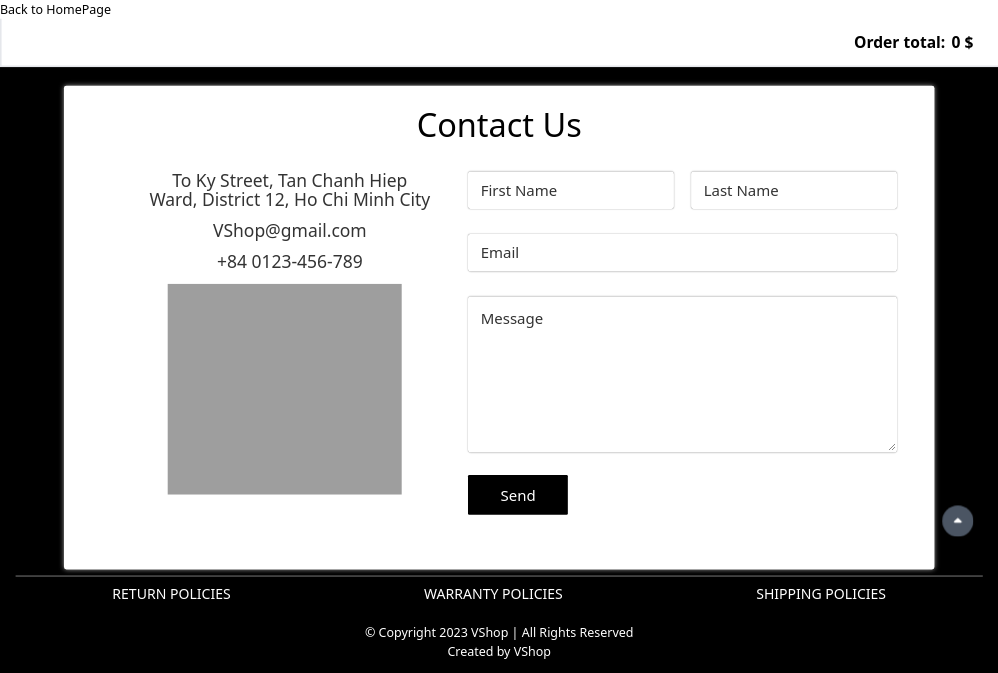
Repository: Kith933UTH/VSHOP
Page: /user
The author's editor kept a copy of each file at every save. The page is drawn from the files as they stood at one save, then again after the next save.
The browser window is 1280 px wide. The pictures show the whole page, at 78% of full size.
Pictures or frames that could not be fetched are drawn as grey boxes. The project was rebuilt for these pictures with package versions that can differ from the ones it lists, and the page was loaded fresh each time. Also part of the build but not shown: src/components/product-item/ProductItem.js, src/components/loader/Loader.js, src/constants/constants.js, src/components/product-filters/Category.js, src/components/product-filters/Price.js, src/components/product-filters/Rating.js, src/components/product-filters/ProductFilters.js, src/components/cart-shopping/CartEmpty.js and 25 more.

Above is the page before, as saved 2023-08-05 21:57:10.

### public/index.html
<!DOCTYPE html>
<html lang="en">
  <head>
    <meta charset="utf-8" />
    <link rel="icon" href="./logo.png" />
    <meta name="viewport" content="width=device-width, initial-scale=1" />
    <meta name="theme-color" content="#000000" />
    <meta
      name="description"
      content="Web site created using create-react-app"
    />
    <link rel="apple-touch-icon" href="%PUBLIC_URL%/logo192.png" />
    <!--
      manifest.json provides metadata used when your web app is installed on a
      user's mobile device or desktop. See https://developers.google.com/web/fundamentals/web-app-manifest/
    -->
    <link rel="manifest" href="%PUBLIC_URL%/manifest.json" />
    <!--
      Notice the use of %PUBLIC_URL% in the tags above.
      It will be replaced with the URL of the `public` folder during the build.
      Only files inside the `public` folder can be referenced from the HTML.

      Unlike "/favicon.ico" or "favicon.ico", "%PUBLIC_URL%/favicon.ico" will
      work correctly both with client-side routing and a non-root public URL.
      Learn how to configure a non-root public URL by running `npm run build`.
    -->
    <title>VShop</title>
  </head>
  <body>
    <noscript>You need to enable JavaScript to run this app.</noscript>
    <div id="root"></div>
  </body>
</html>

### src/index.js
import React from 'react'
import ReactDOM from 'react-dom/client'
import App from './App'
import {Provider} from "react-redux"
import {BrowserRouter} from "react-router-dom"
import {store} from "./redux"
import './index.css'

const root = ReactDOM.createRoot(document.getElementById('root'))
root.render(
    <Provider store={store}>
        <BrowserRouter>
            <App />
        </BrowserRouter>
    </Provider>
)

### src/App.js
import React from "react"
// import { useState } from "react"
import {Context} from "./context/context"
import {Route, Routes} from "react-router-dom"
import {HomePage} from "./pages/HomePage"
import {ProductOverView} from "./pages/ProductOverView"
// import {Header} from "./components/header/Header"
import {Footer} from "./components/footer/Footer"
import {BtnScroll} from "./components/btn-scroll/BtnScroll"
import { LoginPage } from "./components/login/LoginPage"
import { RegisterPage } from "./components/login/RegisterPage"
import { PrivatePage } from "./pages/PrivatePage"
import { ProductOverViewPrivate } from "./pages/ProductOverViewPrivate"
import { ReturnPolicy } from "./components/policy/ReturnPolicy"
import { WarrantyPolicy } from "./components/policy/WarrantyPolicy"
import { ShippingPolicy } from "./components/policy/ShippingPolicy"
import { AdminPage } from "./pages/AdminPage"
import { Payment } from "./components/payment/Payment"
import { Success } from "./components/payment/Success"
import { User } from "./components/user/User"
export default function App() {
    const productId = {id: 0}
    return (
        <main>
            <Context.Provider value={productId}>
                {/* <Header /> */}
                <Routes>
                    {/* <Route path='/private' element={ <PrivatePage /> }/> */}
                    <Route index element={ <HomePage /> }/>
                    <Route path='/products/:id' element={ <ProductOverView /> }/>
                    {/* <Route path='/private/private/products/:id' element={ <ProductOverViewPrivate /> }/> */}
                    <Route path="/login" element={ <LoginPage /> } />
                    <Route path="/register" element={ <RegisterPage /> } />
                    <Route path="/return-policy" element={ <ReturnPolicy /> } />
                    <Route path="/warranty-policy" element={ <WarrantyPolicy /> } />
                    <Route path="/shipping-policy" element={ <ShippingPolicy /> } />
                    <Route path="/admin" element={ <AdminPage /> } />
                    <Route path="/payment" element={ <Payment /> } />
                    {/* <Route path="/private/payment" element={ <Payment /> } /> */}
                    <Route path="/products/:id/payment" element={ <Payment /> } />
                    {/* <Route path="/private/private/products/:id/payment" element={ <Payment /> } /> */}
                    <Route path="/success" element={ <Success /> } />
                    <Route path="/user" element={ <User /> } />
                </Routes>
                <BtnScroll />
                <Footer/>
            </Context.Provider>
        </main>
    )
}

### src/redux/index.js
import {configureStore} from "@reduxjs/toolkit"
import {productsApi} from "./products/products.api"
import {productReducer} from "./products/products.slice"
import {setupListeners} from "@reduxjs/toolkit/query"

export const store = configureStore({
    reducer: {
        [productsApi.reducerPath]: productsApi.reducer,
        product: productReducer
    },
    middleware: getDefaultMiddleware => getDefaultMiddleware().concat(productsApi.middleware)
})

setupListeners(store.dispatch)

### src/index.css
@tailwind base;
@tailwind components;
@tailwind utilities;

@layer utilities {
    input[type="number"]::-webkit-inner-spin-button,
    input[type="number"]::-webkit-outer-spin-button {
        @apply appearance-none;
    }
}

html, body {
    width: 100%;
    height: 100%;
}

body::-webkit-scrollbar,
.box-item::-webkit-scrollbar,
.search-box::-webkit-scrollbar{
    width: 8px;
}

main {
    display: flex;
    flex-direction: column;
    height: 100%;
}

body::-webkit-scrollbar-thumb,
.box-item::-webkit-scrollbar-thumb,
.search-box::-webkit-scrollbar-thumb{
    background-color: #ccc;
    border-radius: 20px;
}

#root {
    height: 100%;
}

body {
    overflow: hidden;
}

.productItem:hover {
    transition: opacity .3s linear;
    opacity: .5;
}

.box-item {
    height: 320px;
    overflow-y: scroll;
}

/* Loader */
.loader-box {
    width: 100px;
    height: 100px;
    display: flex;
    justify-content: center;
    align-items: center;
    margin: 50px auto 0;
}

.loader{
    position: relative;
    width: 70px;
    height: 70px;
}

.loader span {
    position: absolute;
    top:0;
    left: 0;
    width: 100%;
    height: 100%;
    transform: rotate(calc(18deg * var(--i)));
}

.loader span::before {
    content:'';
    position: absolute;
    top: 0;
    left: 0;
    width: 10px;
    height: 10px;
    background: #000;
    border-radius: 50%;
    transform: scale(0);
    animation: animate 2s linear infinite;
    animation-delay: calc(0.1s * var(--i));
}
@keyframes animate {
    0%{
        transform: scale(0);
    }
    10%{
        transform: scale(1.2);
    }
    80%,100%{
        transform: scale(0);
    }
}

### src/context/context.js
import {createContext} from "react"

export const Context = createContext()

### src/components/footer/Footer.js
import React from "react"
import { Contact } from "../contact/Contact"
import { Policy } from "../policy/Policy"
export function Footer() {
    return (
        <footer className='bg-black text-white in-h-fit'>
            {/* <div className='max-w-[1240px] mx-auto py-2 text-sm sm:text-base'>
                <div className='flex justify-center'>
                    <a href='https://github.com/VolodymyrGoshko/react-shop'
                       target='_blank'
                       rel="noreferrer"
                       className='capitalize border-b mb-3 text-base hover:text-gray-300 transition'
                    >
                        view source code on github
                    </a>
                </div>
                <div className='flex justify-center flex-col items-center'>
                    <p className='text-center'>© Copyright 2022 React Shop | All Rights Reserved</p>
                    <a href='https://www.linkedin.com/in/volodymyr-goshko-656ab920b/'
                       target="_blank"
                       rel="noreferrer"
                       className='hover:text-gray-300 transition'
                    >
                        Created by Volodymyr Goshko
                    </a>
                </div>
            </div> */}
            <Contact />
            <Policy />
            <div className='flex justify-center flex-col items-center my-4'>
                    <p className='text-center'>© Copyright 2023 VShop | All Rights Reserved</p>
                    <a href='#' className='hover:text-gray-300 transition' >
                        Created by VShop
                    </a>
                </div>
        </footer>
    )
}

### src/components/btn-scroll/BtnScroll.js
import React from "react"
import {FontAwesomeIcon} from "@fortawesome/react-fontawesome"
import {faCaretUp} from "@fortawesome/free-solid-svg-icons"

export function BtnScroll() {
    const topClick = () => {
        const body = document.querySelector('body').getBoundingClientRect().top + window.scrollY
        window.scroll({
            top: body,
            behavior: 'smooth'
        })
    }

    return (
        <button
            className='fixed bottom-8 right-4 bg-gray-600 text-white rounded-full w-[30px] h-[30px] md:w-[40px] md:h-[40px] md:right-8 md:bottom-8 z-20 shadow-gray-600'
            onClick={topClick}
        >
            <FontAwesomeIcon icon={faCaretUp}/>
        </button>
    )
}

### src/components/user/User.js
import React from "react"
import {useSelector} from "react-redux"
import { Link, useNavigate } from "react-router-dom"
import { OrderItem } from "./OrderItem"

export function User() {
    const navigate = useNavigate()
    const {cart, order} = useSelector(state => state.product)
    const totalPrice = () => {
        let price = 0
        cart.forEach(item => price += item.price * item.quantity)
        return Math.round(price * 100) / 100
    }

    return (
        <>
        <Link to="/">Back to HomePage</Link>
        <div className={`min-w-[400px] border-l-2 border-b-2 px-4 pb-4 ${cart.length > 2 ? 'box-item' : ''}`}>
            {order.map((items) => items.map(item => <OrderItem key={item.id} item={item}/>))}
            <div className='flex justify-center sm:justify-end pt-4'>
                <div className='w-fit rounded-xl flex flex-col justify-between items-center sm:flex-row'>
                    <div className='mr-0 sm:mr-4 font-semibold'>
                        <span className='mr-2 text-base sm:text-xl'>Order total:</span>
                        <span className='text-base sm:text-xl'>{totalPrice()} $</span>
                    </div>
                </div>
            </div>
        </div>
        </>
    )
}

### src/redux/products/products.api.js
import {createApi, fetchBaseQuery} from "@reduxjs/toolkit/query/react"

export const productsApi = createApi({
    reducerPath: 'products/api',
    baseQuery: fetchBaseQuery({
        baseUrl: 'https://fakestoreapi.com'
    }),
    // refetchOnFocus: true,
    endpoints: build => ({
        getProductsAll: build.query({
            query:() => ({
                url: '/products'
            })
        }),
        getProductById: build.query({
            query:(id) => ({
                url: `/products/${id}`
            })
        }),
        getProductByCategory: build.query({
            query:(category) => ({
                url: `/products/category/${category}`
            })
        })
    })
})

export const {
    useGetProductsAllQuery,
    useGetProductByIdQuery,
    useGetProductByCategoryQuery
} = productsApi

### src/redux/products/products.slice.js
import {createSlice} from "@reduxjs/toolkit"

const productsSlice = createSlice({
    name: 'products',
    initialState: {
        cart: [],
        btnCart: null,
        filters: {},
        search: false,
        searchFilterProducts: null,
        logged: false,
        user: {username: 'username', password: 'password'},
        order: JSON.parse(localStorage.getItem("ORDER")) || []
    },
    reducers: {
        clearCart(state, action) {
            state.cart = state.cart.slice(0, action.payload)
        },
        addProductToCart(state, action) {
            state.cart.push({...action.payload, quantity: 1})
        },
        incrementProductInCart(state, action) {
            const item = state.cart.find(item => item.id === action.payload)
            item.quantity++
        },
        decrementProductInCart(state, action) {
            const item = state.cart.find(item => item.id === action.payload)
            if (item.quantity === 1) {
                item.quantity = 1
            } else {
                item.quantity--
            }
        },
        toggleBtnCart(state, action) {
            state.btnCart = action.payload
        },
        removeItemFromCart(state, action) {
            state.cart = state.cart.filter(el => el.id !== action.payload)
        },
        filtersProductsByCategory(state, action) {
            state.filters = action.payload
        },
        toggleSearchForm(state, action) {
            state.search = action.payload
        },
        toggleLogin(state, action) {
            state.logged = action.payload
        },
        setSearchFilterProducts(state, action) {
            state.searchFilterProducts = action.payload
        },
        setLocalStorage(state, action) {
            state.order.push(action.payload)
            localStorage.setItem('ORDER', JSON.stringify(state.order))
        }
    },
})

export const productReducer = productsSlice.reducer
export const {
    clearCart,
    addProductToCart,
    incrementProductInCart,
    decrementProductInCart,
    toggleBtnCart,
    removeItemFromCart,
    filtersProductsByCategory,
    toggleSearchForm,
    toggleLogin,
    setSearchFilterProducts,
    setLocalStorage
} = productsSlice.actions

### src/components/policy/Policy.js
import React from "react"
import { Link } from "react-router-dom"
export function Policy() {
    return (
        <div className='text-white in-h-fit max-w-[1240px] mx-auto py-2 text-sm sm:text-base flex justify-around items-cente'>
            <Link className='text-lg font-medium text-center' to='/return-policy'>
                RETURN POLICIES
            </Link>
            <Link className='text-lg font-medium text-center' to='/warranty-policy'>
                WARRANTY POLICIES
            </Link>
            <Link className='text-lg font-medium text-center' to='/shipping-policy'>
                SHIPPING POLICIES
            </Link>
        </div>
    )
}

### src/components/contact/index.css
.contact-section {
    /* height: 96vh; */
    width: 100%;
    border-bottom: 1px solid #999;
}

.form-area {
    position: relative;
    /* height:84vh; */
    width: 100%;
    background: black;
    -webkit-box-sizing: border-box;
    box-sizing: border-box;
}

.form-area .form-wrap {
    /* position: absolute; */
    /* left: 50%;
    -webkit-transform: translateX(-50%);
    -ms-transform: translateX(-50%);
    transform: translateX(-50%); */
    width: 1120px;
    background-color: white;
    background-size: cover;
    background-position: center;
    border-radius: 0.2rem;
    -webkit-box-sizing: border-box;
    box-sizing: border-box;
    -webkit-box-shadow: 0 0 0.4rem 0 #999;
    box-shadow: 0 0 0.4rem 0 #999;
}

.form-wrap .title {
    padding-top: 2.4rem;
    width: 100%;
    -webkit-box-sizing: border-box;
    box-sizing: border-box;
}

.form-wrap .title h1 {
    color: black;
    font-size: 2.6rem;
    text-align: center;
}

.form-wrap .contact-area {
    padding-top: 3rem;
    display: -webkit-box;
    display: -ms-flexbox;
    display: flex;
    width: 100%;
    height: auto;
    -webkit-box-sizing: border-box;
    box-sizing: border-box;
}

.contact-area .contact-info {
    display: flex;
    flex-direction: column;
    justify-content: center;
    align-items: center;
    width: 35%;
    height: 100%;
    margin-left: 6rem;
}

.contact-info>div {
    margin-bottom: 1rem;
    display: -webkit-box;
    display: -ms-flexbox;
    display: flex;
    -webkit-box-align: center;
    -ms-flex-align: center;
    align-items: center;
}

.contact-info>div>p {
    color: #333;
    font-size: 1.4rem;
    font-weight: 500;
    text-align: center;
}

.contact-info>div>span {
    color: #61790a;
    font-size: 2rem;
    margin-right: 0.8rem;
}

.contact-area .contact-form {
    display: -webkit-box;
    display: -ms-flexbox;
    display: flex;
    -webkit-box-orient: vertical;
    -webkit-box-direction: normal;
    -ms-flex-direction: column;
    flex-direction: column;
    width: 60%;
    height: auto;
    padding: 0 3rem;
    -webkit-box-sizing: border-box;
    box-sizing: border-box;
}

.contact-form .name-field {
    display: -webkit-box;
    display: -ms-flexbox;
    display: flex;
    -webkit-box-pack: justify;
    -ms-flex-pack: justify;
    justify-content: space-between;
}

.name-field .input-area {
    width: 48%;
}

.contact-form .input-area {
    position: relative;
    margin-bottom: 2rem;
}

.input-area input {
    height: 3rem;
    width: 100%;
    color: #333;
    font-size: 1.2rem;
    border: 2px solid #fff;
    border-radius: 0.2rem;
    /* background: #eff; */
    -webkit-box-shadow: 0 0 0.1rem #666;
    box-shadow: 0 0 0.1rem #666;
    outline: none;
    padding: 0 1rem;
    -webkit-box-sizing: border-box;
    box-sizing: border-box;
    -webkit-transition: all 0.3s ease;
    -o-transition: all 0.3s ease;
    transition: all 0.3s ease;
}

.input-area label {
    position: absolute;
    top: 50%;
    left: 1rem;
    -webkit-transform: translateY(-50%);
    -ms-transform: translateY(-50%);
    transform: translateY(-50%);
    color: #333;
    font-size: 1.2rem;
    font-weight: 500;
    -webkit-transition: all 0.3s ease;
    -o-transition: all 0.3s ease;
    transition: all 0.3s ease;
}

.input-area input:focus~label,
.input-area input:valid~label {
    top: -0.8rem;
    left: 0;
    color: #fff;
    background: #111;
    border-radius: 5px;
    padding: 0.2rem;
    font-size: 1rem;
}

.contact-form .message-area {
    position: relative;
    -webkit-box-flex: 1;
    -ms-flex: 1 1 auto;
    flex: 1 1 auto;
    height: 200px;
    width: 100%;
}

.message-area textarea {
    height: 100%;
    width: 100%;
    border: 2px solid #fff;
    outline: none;
    font-size: 1.2rem;
    padding: 1rem;
    color: #333;
    -webkit-box-sizing: border-box;
    box-sizing: border-box;
    -webkit-box-shadow: 0 0 0.1rem #666;
    box-shadow: 0 0 0.1rem #666;
    border-radius: 0.2rem;
    resize: vertical;
    -webkit-transition: all 0.3s ease;
    -o-transition: all 0.3s ease;
    transition: all 0.3s ease;
}

.message-area label {
    position: absolute;
    color: #333;
    font-weight: 500;
    font-size: 1.2rem;
    top: 1rem;
    left: 1rem;
    -webkit-transition: all 0.3s ease;
    -o-transition: all 0.3s ease;
    transition: all 0.3s ease;
}

.message-area textarea:focus~label,
.message-area textarea:valid~label {
    top: -1.6rem;
    left: 0;
    color: #fff;
    padding: 0.2rem;
    background: #111;
    font-size: 1rem;
}

.contact-form .btn {
    margin-top: 1.8rem;
}

.contact-form .btn button {
    height: 3.2rem;
    width: 8rem;
    border: none;
    outline: none;
    color: #fff;
    font-size: 1.2rem;
    background: black;
    border-radius: 0.1rem;
    cursor: pointer;
}

#contact.menu-active {
    padding-top: 2rem;
}

### src/components/contact/reponsive.css
@media screen and (min-width: 940px) and (max-width: 1360px) {
    /* .contact-section {
        height: 107vh;
    } */
    .form-area .form-wrap {
        width: 90%;
        height: 620px;
    }
}

@media screen and (max-width: 1040px) {
    .contact-area .contact-info {
        margin-left: 0;
        display: flex;
        flex-direction: column;
        justify-content: center;
        align-items: center;
    }

    .contact-area .contact-form {
        padding: 0 1.8rem;
    }

}



@media screen and (max-width: 940px) {
    /* .contact-section {
        height: 148vh;
    } */

    .form-area .form-wrap {
        padding-bottom: 3.6rem;
        width: 80%;
        height: auto;
    }

    .form-wrap .contact-area {
        -webkit-box-orient: vertical;
        -webkit-box-direction: normal;
        -ms-flex-direction: column;
        flex-direction: column;
        -webkit-box-pack: center;
        -ms-flex-pack: center;
        justify-content: center;
    }

    .contact-area .contact-info {
        width: 100%;
    }

    .contact-area .contact-form {
        width: 100%;
        padding: 1rem 4rem 0 4rem;
    }
}

/*
@media screen and (max-width: 836px) {
    .contact-section {
        min-height: 96vh;
    }
} */

@media screen and (max-width: 770px) {
    .contact-section {
        height: 1100px;
    }

    .form-area .form-wrap {
        width: 88%;
        height: auto;
    }
}

@media screen and (max-width: 680px) {
    .contact-section {
        height: 1100px;
    }


    .form-area .form-wrap {
        /* top: -82%; */
        width: 88%;
        height: auto;
    }

}


@media screen and (max-width: 490px) {
    .contact-section {
        height: 1100px;
    }

    .contact-area .contact-info {
        width: 88%;
        margin-left: 1.2rem;
    }

    .form-area .form-wrap {
        /* top: -82%; */
        width: 88%;
        height: auto;
    }

    .contact-info>div>p {
        font-size: 1.2rem;
    }

    .contact-area .contact-form {
        margin-top: 1.4rem;
        padding: 0 1.2rem;
    }

}

@media screen and (max-width: 390px) {
    .contact-section {
        height: 1130px;
    }

    .contact-area .contact-info {
        width: 80%;
        /* margin-left: 1.2rem; */
    }

    .form-area .form-wrap {
        width: 90%;
        height: auto;
    }

    .contact-info>div>p {
        font-size: 1.2rem;
    }

    .contact-area .contact-form {
        width: 100%;
        padding: 1rem 1rem 0 1rem;
    }
}


@media screen and (max-width: 340px) {
    .contact-section {
        height: 980px;
    }

    .form-area .form-wrap {
        top: -86%;
        width: 96%;
    }

    .contact-area  {
        width: 100%;
    }

    .contact-area .contact-info {
        width: 100%;
        margin-left: 1rem;
    }

    .form-wrap .title h1 {
        font-size: 2rem;
    }

    .contact-info>h2 {
        font-size: 1.6rem;
    }

    .contact-info>div>p {
        font-size: 1rem;
    }

    .contact-info>div>span {
        font-size: 1.2rem;
    }

    .input-area label {
        font-size: 1rem;
    }

    .message-area label {
        font-size: 1rem;
    }

}

Loaded but not shown: tailwind.config.js (common file); src/components/contact/Contact.js (66 lines, source omitted)

After the next save:
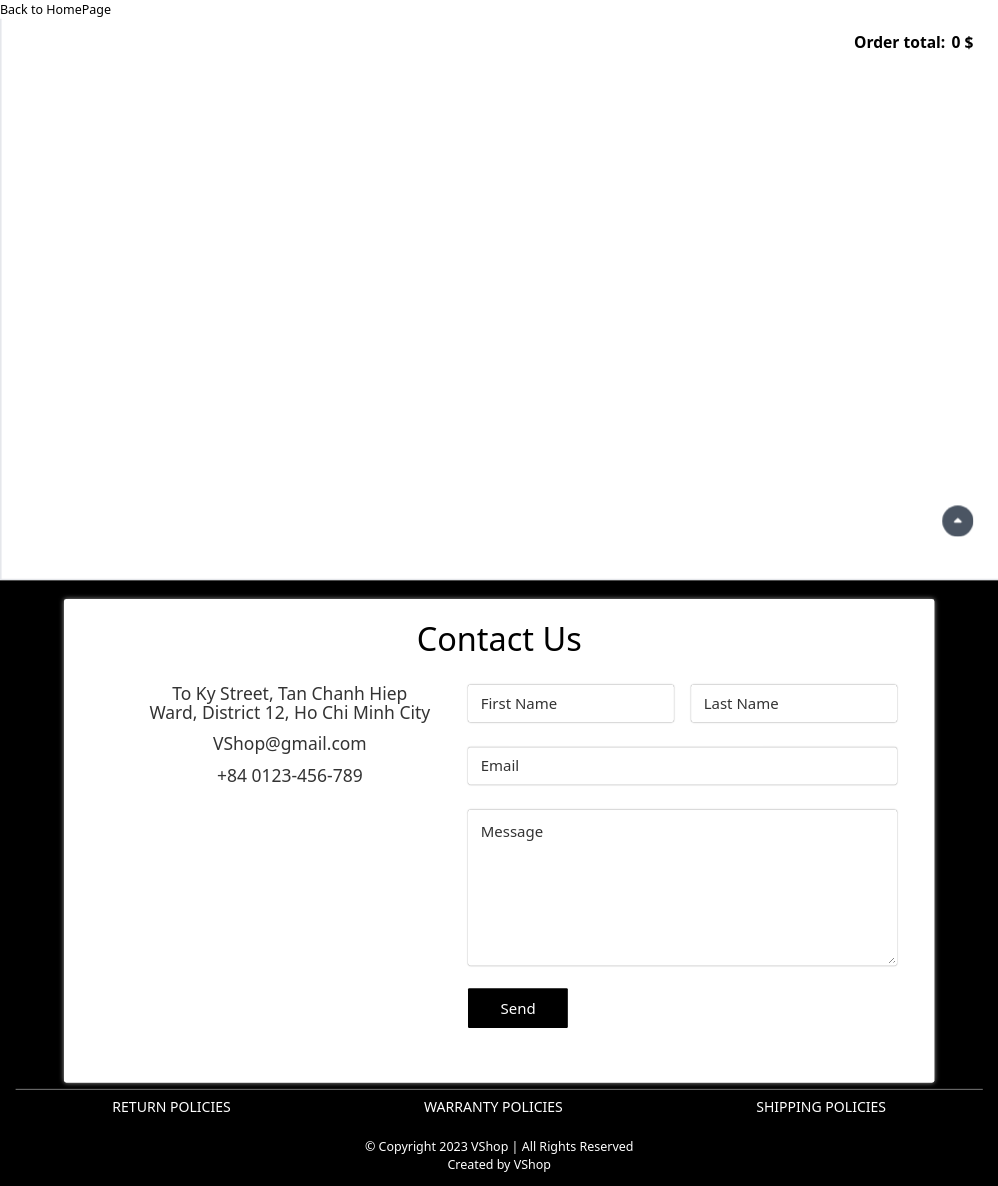
Saved 81 s later.
--- a/src/components/user/User.js
+++ b/src/components/user/User.js
@@ -15,7 +15,7 @@ export function User() {
     return (
         <>
         <Link to="/">Back to HomePage</Link>
-        <div className={`min-w-[400px] border-l-2 border-b-2 px-4 pb-4 ${cart.length > 2 ? 'box-item' : ''}`}>
+        <div className={`min-w-[400px] min-h-screen border-l-2 border-b-2 px-4 pb-4  ${cart.length > 2 ? 'box-item' : ''}`}>
             {order.map((items) => items.map(item => <OrderItem key={item.id} item={item}/>))}
             <div className='flex justify-center sm:justify-end pt-4'>
                 <div className='w-fit rounded-xl flex flex-col justify-between items-center sm:flex-row'>
